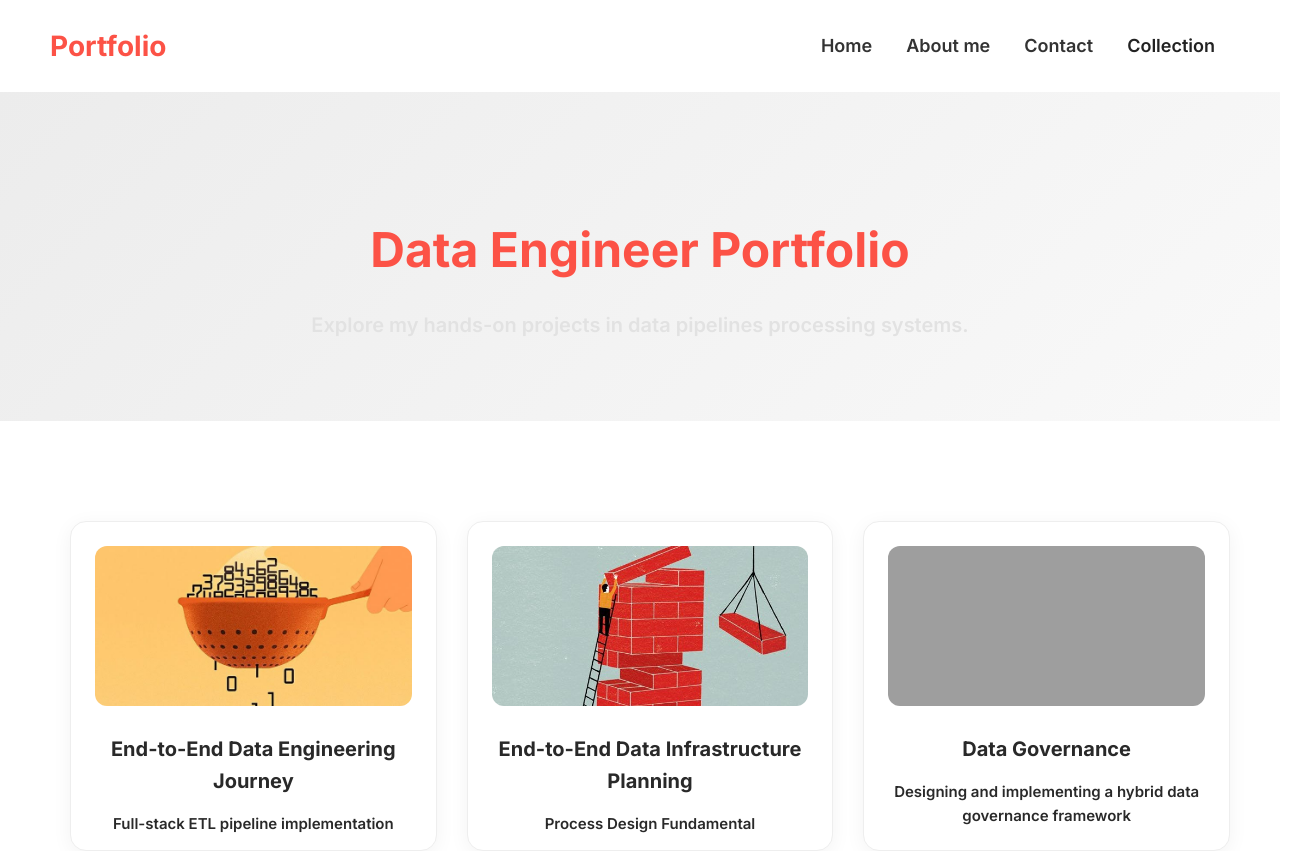
Repository: Wipas1919/Archive-portfolio
Page: projects/data-engineer.html
An editor plug-in stored every save of this project. The page is shown before and after the next save, followed by the edit.
The browser window is 1280 px wide. The page is 1300 px wide, so the pictures cover 1300 px, including what lies to the right of the window. The pictures show the whole page.
Pictures or frames that could not be fetched are drawn as grey boxes.

Above is the page before, as saved 2025-06-01 20:56:08.

After the next save:
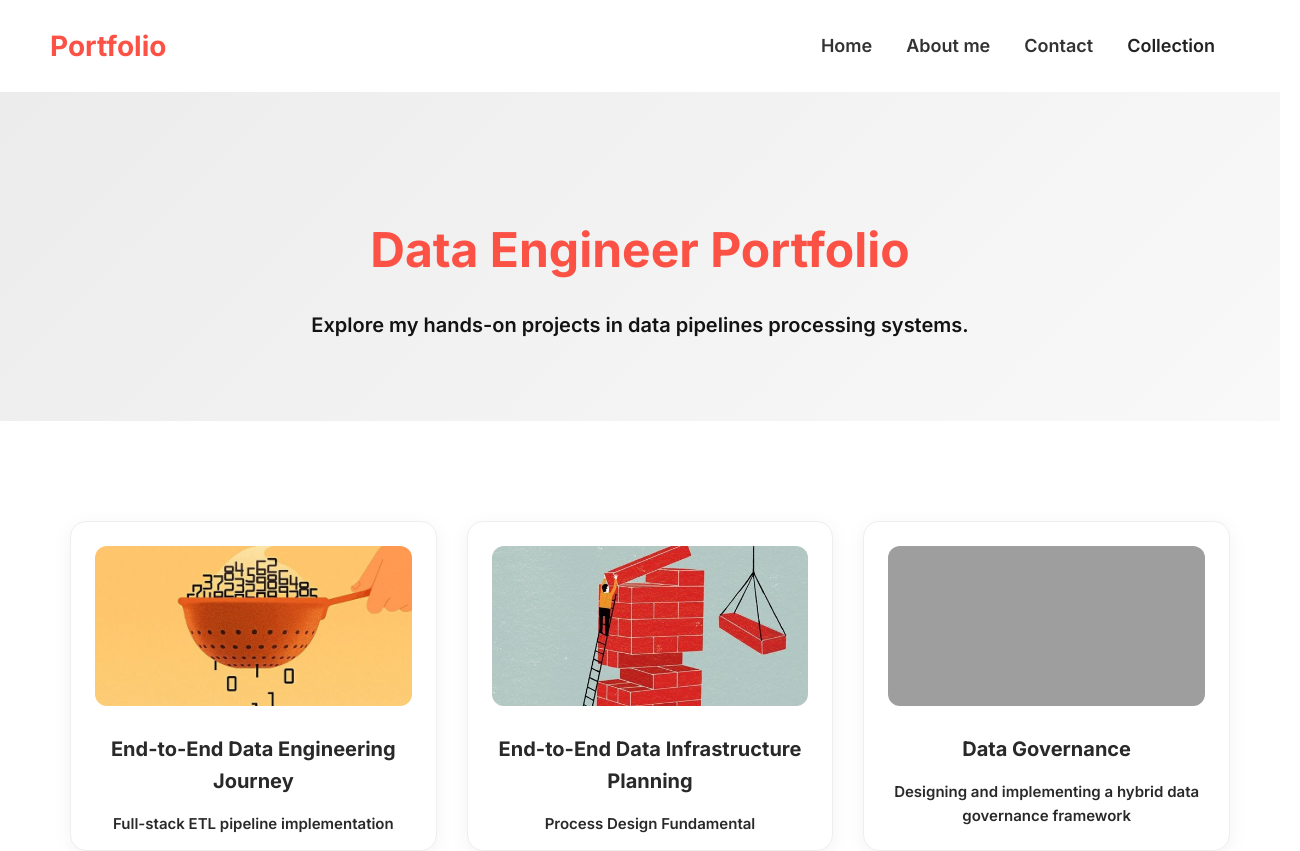
Saved 9 s later.
--- a/projects/data-engineer.html
+++ b/projects/data-engineer.html
@@ -23,7 +23,7 @@
     }
     .cover p {
       font-size: 20px;
-      color: #e2e2e2;
+      color: #131313;
       max-width: 700px;
       margin: 0 auto;
     }
